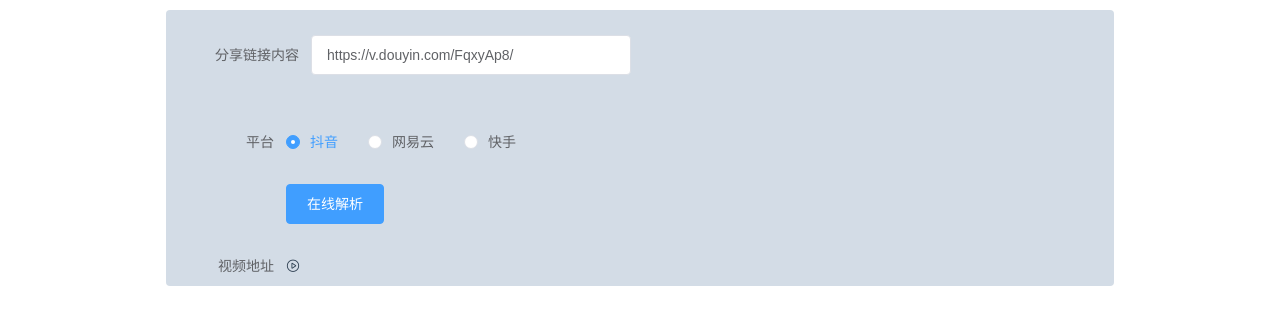
Repository: lyln/freepd
Page: / (app in frontend/freepd/)
These files come from the project's save history. The page is drawn as it stood at one moment and after the next save; the edit follows.
The browser window is 1280 px wide. The pictures show the whole page.
The project was rebuilt for these pictures with package versions that can differ from the ones it lists, and the page was loaded fresh each time.

Above is the page before, as saved 2022-05-26 09:34:09.

### frontend/freepd/index.html
<!DOCTYPE html>
<html>
  <head>
    <meta charset="utf-8">
    <meta name="viewport" content="width=device-width,initial-scale=1.0">
    <title>freepd</title>
  </head>
  <body>
    <div id="app"></div>
    <!-- built files will be auto injected -->
  </body>
</html>

### frontend/freepd/src/main.js
// The Vue build version to load with the `import` command
// (runtime-only or standalone) has been set in webpack.base.conf with an alias.
import Vue from 'vue'
import App from './App'
import router from './router'
import ElementUI from 'element-ui';
import 'element-ui/lib/theme-chalk/index.css';
import Meta from "vue-meta";

Vue.config.productionTip = false
Vue.use(ElementUI)
Vue.use(Meta);

/* eslint-disable no-new */
new Vue({
  el: '#app',
  router,
  components: { App },
  template: '<App/>'
})

### frontend/freepd/src/App.vue
<template>
	<div id="app">
		<router-view />
	</div>
</template>

<script>
export default {
	name: 'App',
}
</script>

<style>
#app {
	font-family: 'Avenir', Helvetica, Arial, sans-serif;
	-webkit-font-smoothing: antialiased;
	-moz-osx-font-smoothing: grayscale;
	text-align: center;
	color: #2c3e50;
	margin-top: 10px;
}
</style>

### frontend/freepd/src/components/HelloWorld.vue
<template>
	<el-row type="flex" justify="center">
		<el-col :span="18">
			<div class="grid-content bg-purple">
				<el-form ref="form" :model="form" label-width="120px" class="fpd-form">
					<el-form-item label="分享链接内容" style="padding: 25px;">
						<el-input v-model="form.url"></el-input>
					</el-form-item>
					<el-form-item label="平台" label-width="120px">
						<el-radio-group v-model="form.type">
							<el-radio :label="1">抖音</el-radio>
							<el-radio :label="2">网易云</el-radio>
							<el-radio :label="3">快手</el-radio>
						</el-radio-group>
					</el-form-item>
					<el-form-item>
						<el-button type="primary" @click="onSubmit">在线解析</el-button>
					</el-form-item>
					<el-form-item label="视频地址">
						<i class="el-icon-video-play"></i>
						<el-link :href="data.video.play" target="_blank">{{ data.title }}</el-link>
						<!-- {{data.video.play }} -->
					</el-form-item>
				</el-form>
			</div>
		</el-col>
	</el-row>

</template>
<script>
import axios from 'axios'
export default {
	name: 'HelloWorld',
	data() {
		return {
			msg: 'free parse download',
			form: {
				url: 'https://v.douyin.com/FqxyAp8/',
				type: 1,
			},
			data: {
				video: { play: '' },
				title: '',
			},
		}
	},
	metaInfo: {
		meta: [{ name: 'referrer', content: 'no-referrer' }],
	},
	methods: {
		onSubmit() {
			console.log('submit!')
			axios
				.post('http://127.0.0.1:8000/douyin', { url: this.form.url })
				.then((res) => {
					console.log(res.data)
					this.data = res.data
				})
				.catch((err) => {
					console.log('请求失败', err)
				})
		},
	},
}
</script>

<!-- Add "scoped" attribute to limit CSS to this component only -->
<style scoped>
h1,
h2 {
	font-weight: normal;
}
ul {
	list-style-type: none;
	padding: 0;
}
li {
	display: inline-block;
	margin: 0 10px;
}
a {
	color: #42b983;
}
.el-input {
	width: 320px;
}

.fpd-form {
	text-align: left;
}

.text {
	font-size: 14px;
}

.item {
	padding: 18px 0;
}

.box-card {
	width: 480px;
}

.el-row {
	margin-bottom: 20px;
	&:last-child {
		margin-bottom: 0;
	}
}
.el-col {
	border-radius: 4px;
}
.bg-purple-dark {
	background: #99a9bf;
}
.bg-purple {
	background: #d3dce6;
}
.bg-purple-light {
	background: #e5e9f2;
}
.grid-content {
	border-radius: 4px;
	min-height: 36px;
}
.row-bg {
	padding: 10px 0;
	background-color: #f9fafc;
}

/* .wrapper {
	margin-left: auto;
	margin-right: auto;
	width: 90%;
}
.modunit {
	background-color: #fff;
	margin-top: 1rem;
	margin-bottom: 1rem;
	padding: 0;
	border: 1px solid #dedede;
	-moz-border-radius: 2px;
	-webkit-border-radius: 2px;
	border-radius: 2px;
}
.mod-content {
	margin: 0;
	padding: 1.5rem;
} */
</style>

Loaded but not shown: frontend/freepd/src/router/index.js (common file)

After the next save:
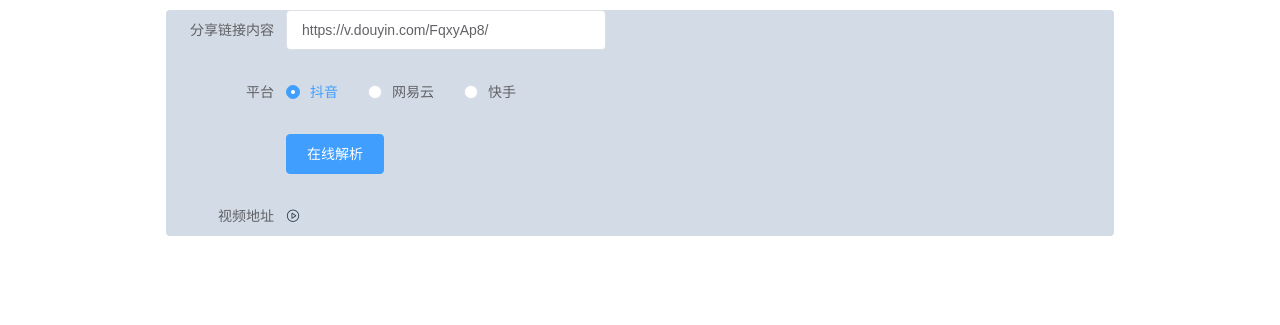
Saved 6 s later.
--- a/frontend/freepd/src/components/HelloWorld.vue
+++ b/frontend/freepd/src/components/HelloWorld.vue
@@ -3,7 +3,7 @@
 		<el-col :span="18">
 			<div class="grid-content bg-purple">
 				<el-form ref="form" :model="form" label-width="120px" class="fpd-form">
-					<el-form-item label="分享链接内容" style="padding: 25px;">
+					<el-form-item label="分享链接内容">
 						<el-input v-model="form.url"></el-input>
 					</el-form-item>
 					<el-form-item label="平台" label-width="120px">

After the save that followed:
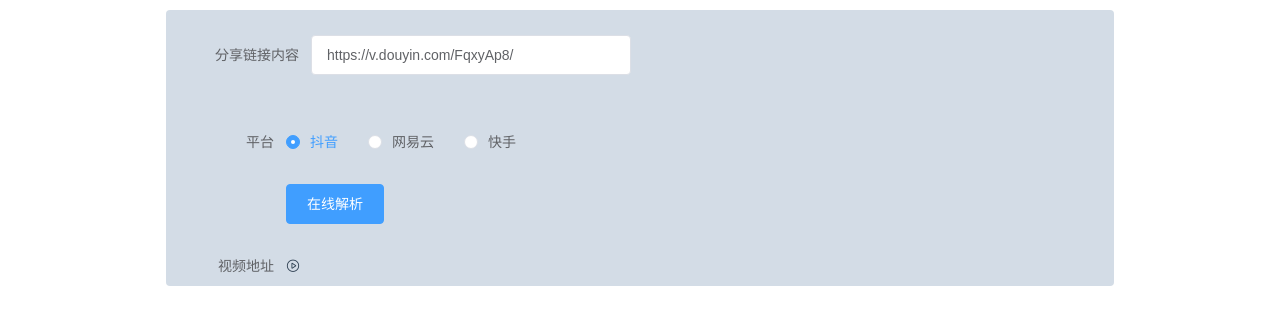
Saved 10 s later.
--- a/frontend/freepd/src/components/HelloWorld.vue
+++ b/frontend/freepd/src/components/HelloWorld.vue
@@ -3,7 +3,7 @@
 		<el-col :span="18">
 			<div class="grid-content bg-purple">
 				<el-form ref="form" :model="form" label-width="120px" class="fpd-form">
-					<el-form-item label="分享链接内容">
+					<el-form-item label="分享链接内容" style="padding: 25px;">
 						<el-input v-model="form.url"></el-input>
 					</el-form-item>
 					<el-form-item label="平台" label-width="120px">
